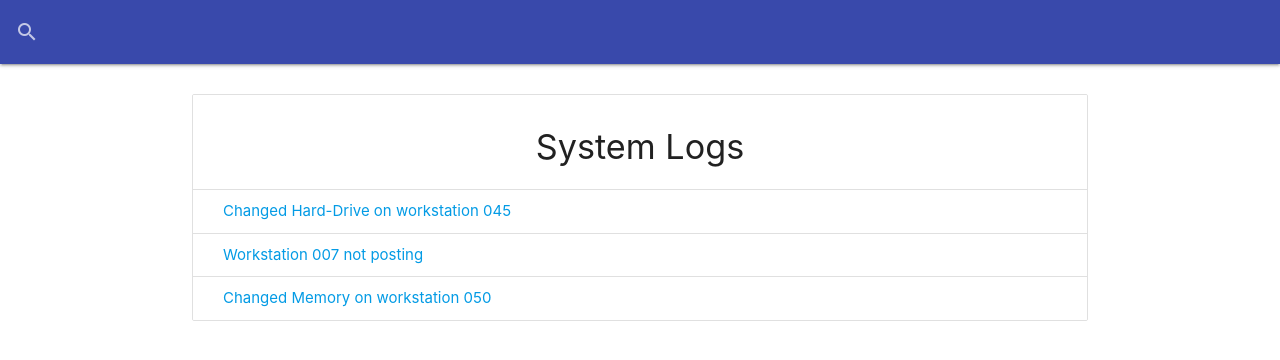
Repository: syedabdulrahim/IT_Logger
Page: /
These files come from the project's save history. The page is drawn as it stood at one moment and after the next save; the edit follows.
The browser window is 1280 px wide. The pictures show the whole page.
The project was rebuilt for these pictures with package versions that can differ from the ones it lists, and the page was loaded fresh each time. Requests to the local data server were answered from the project's data file. Also part of the build but not shown: src/App.css.

Above is the page before, as saved 2020-10-29 15:34:00.

After the next save:
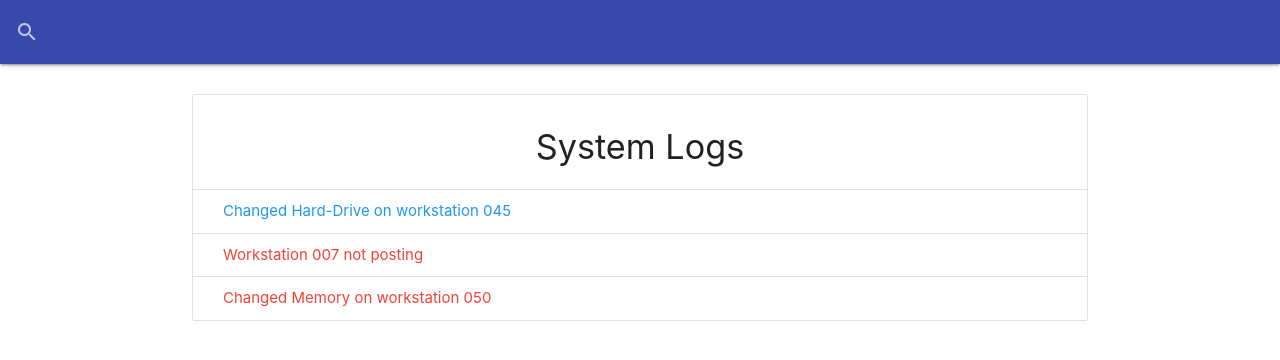
Saved 11 min 28 s later.
--- a/src/components/logs/LogItem.js
+++ b/src/components/logs/LogItem.js
@@ -6,7 +6,7 @@ const LogItem = ({log}) => {
 
             <li className="collection-item">
                 <div>
-                    <a href="">{log.message}</a>
+                    <a href="" className={`modal-trigger ${log.attention?'red-text':'blue-text'}`}>{log.message}</a>
                 </div>
             </li>
 
